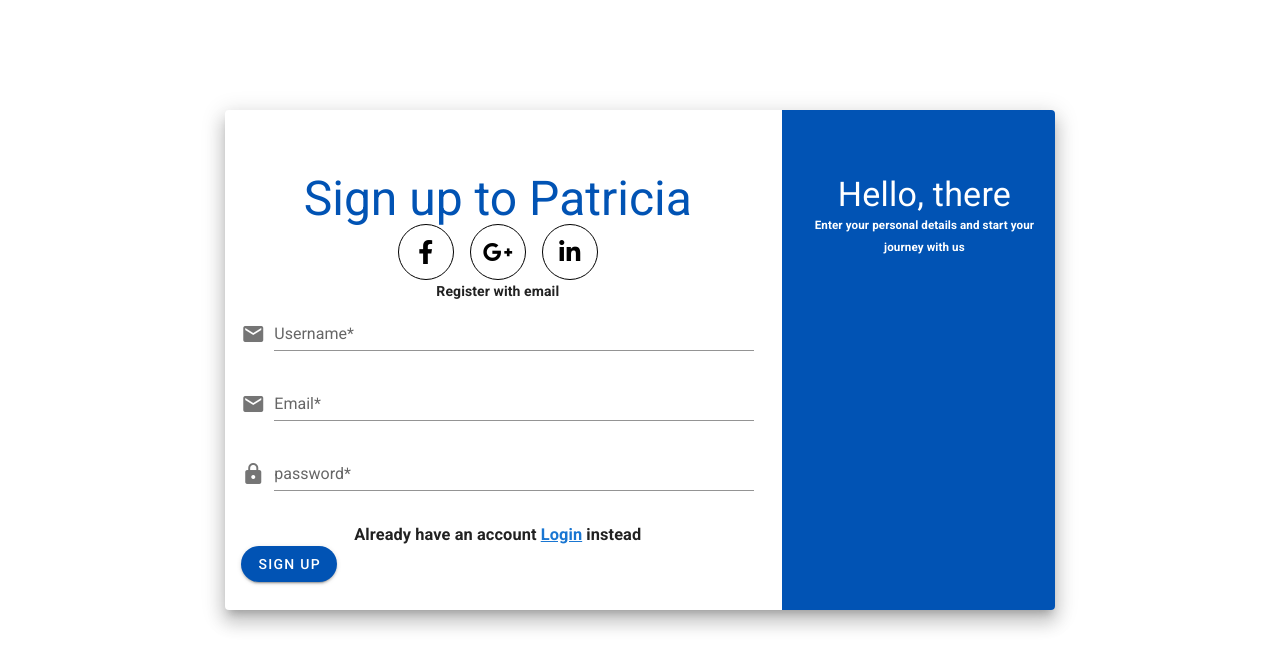
Repository: akinsikuoluwafemi/Pats_userAuth
Page: /signup
The author's editor kept a copy of each file at every save. The page is drawn from the files as they stood at one save, then again after the next save.
The browser window is 1280 px wide. The pictures show the whole page.
The project was rebuilt for these pictures with package versions that can differ from the ones it lists, and the page was loaded fresh each time. Also part of the build but not shown: vue.config.js, src/views/Login.vue, src/views/UserInfo.vue.

Above is the page before, as saved 2020-11-05 22:04:01.

### src/main.js
import Vue from 'vue'
import App from './App.vue'
import router from './router'
import vuetify from './plugins/vuetify';
import store from './store';

Vue.config.productionTip = false

new Vue({
  store,
  router,
  vuetify,
  render: h => h(App)
}).$mount('#app')

### src/App.vue
<template>
  <v-app>


    <v-main>
      <router-view></router-view>
    </v-main>
  </v-app>
</template>

<script>

export default {
  name: 'App',

  components: {

},

  data: () => ({
    //
  }),
};
</script>

### src/router/index.js
import Vue from 'vue'
import VueRouter from 'vue-router'
// import Home from '../views/Home.vue'
import Login from '../views/Login.vue'
import Signup from "../views/Signup.vue";
import UserInfo from "../views/UserInfo.vue";


Vue.use(VueRouter)

const routes = [
  {
    path: "/",
    name: "Userinfo",
    component: UserInfo,
    meta: {
      requiresAuth: true,
    },
  },
  {
    path: "/login",
    name: "Login",
    component: Login

  },

  {
    path: "/signup",
    name: "Signup",
    component: Signup,
  },

  {
    path: "/userinfo",
    // name: "Userinfo",
    // component: UserInfo,
  },
  {
    path: "/about",
    name: "About",
    // route level code-splitting
    // this generates a separate chunk (about.[hash].js) for this route
    // which is lazy-loaded when the route is visited.
    component: () =>
      import(/* webpackChunkName: "about" */ "../views/About.vue"),
  },
];

const router = new VueRouter({
  mode: 'history',
  base: process.env.BASE_URL,
  routes
})



export default router

### src/plugins/vuetify.js
import "@fortawesome/fontawesome-free/css/all.css"
import 'material-design-icons-iconfont/dist/material-design-icons.css'
import Vue from 'vue';
import Vuetify from 'vuetify/lib';

Vue.use(Vuetify);

export default new Vuetify({
    icons: {
        iconfont: 'md' || 'fa'
    }
});

### src/store/index.js
import Vuex from 'vuex';
import Vue from 'vue';
import auth from './modules/auth';


// Load Vuex
Vue.use(Vuex);


// create store
export default new Vuex.Store({
    modules: {
        auth
    }
});

### src/views/Signup.vue
<template>
  <v-app>
    <v-content>
      <v-container class="fill-height" fluid>
        <v-row align="center" justify="center">
          <v-col cols="12" sm="8" md="8">
            <v-card class="elevation-12">
              <v-window v-model="stop">
                <v-window-item :value="1">
                  <v-row>
                    <v-col cols="12" md="8">
                      <v-card-text class="mt-12">
                        <h1
                          class="text-center display-2"
                          v-bind:style="{ color: '#0153B4' }"
                        >
                          Sign up to Patricia
                        </h1>
                        <div class="text-center" mt-4>
                          <v-btn class="mx-2" fab color="black" outlined>
                            <v-icon>fab fa-facebook-f</v-icon>
                          </v-btn>
                          <v-btn class="mx-2" fab color="black" outlined>
                            <v-icon>fab fa-google-plus-g</v-icon>
                          </v-btn>
                          <v-btn class="mx-2" fab color="black" outlined>
                            <v-icon>fab fa-linkedin-in</v-icon>
                          </v-btn>
                        </div>
                        <h4 class="text-center mlt-4">Register with email</h4>
                        <v-form @submit.prevent="handleSignup" id="check-login-form">
                          <v-text-field
                            v-model="username"
                            required

                            label="Username*"
                            name="username"
                            prepend-icon="email"
                            type="text"
                            v-bind:style="{ color: '#0153B4' }"
                          />

                          <v-text-field
                          v-model="email"
                            required

                            label="Email*"
                            name="Email"
                            prepend-icon="email"
                            type="text"
                            v-bind:style="{ color: '#0153B4' }"
                          />

                            <v-text-field
                            v-model="password"
                            required
                            id="password"
                            label="password*"
                            name="Password"
                            prepend-icon="lock"
                            type="password"
                            v-bind:style="{ color: '#0153B4' }"
                          />

                        <h3 class="text-center mt-3">
                          Already have an account
                          <router-link to="/login"> Login</router-link> instead
                        </h3>

                         <v-btn
                         type="submit"
                         form="check-login-form"
                          rounded
                          v-bind:style="{ background: '#0153B4' }"
                          dark
                          >Sign Up

                          </v-btn>
                        </v-form>


                      </v-card-text>
                      <div class="text-center mt-3">

                      </div>
                    </v-col>
                    <v-col
                      cols="12"
                      md="4"
                      class=""
                      v-bind:style="{ background: '#0153B4' }"
                    >
                      <v-card-text class="white--text mt-12">
                        <h1 class="text-center display-1">Hello, there</h1>
                        <h5 class="text-center">
                          Enter your personal details and start your journey
                          with us
                        </h5>
                      </v-card-text>
                      <div class="text-center">
                        <!-- <v-btn
                        rounded
                        dark
                        v-bind:style="{ background: '#fff', color: '#0153B4' }"


                        >
                          SIGN UP
                        </v-btn> -->
                      </div>
                    </v-col>
                  </v-row>
                </v-window-item>

              </v-window>
            </v-card>
          </v-col>
        </v-row>
      </v-container>
    </v-content>
  </v-app>
</template>
<script>
export default {
  data: () => ({
    email: '',
    password: '',
    username: '',
    authPassword: 'password',
    userArr: []
  }),
  props: {
    source: String
  },
  methods: {
       handleSignup: function() {
         let user = {
        email: this.email,
        password: this.password,
        username: this.username
      }

      localStorage.setItem('user', JSON.stringify(user))
      this.addUser(user)
      localStorage.setItem('allUsers', JSON.stringify(this.userArr))

      alert('you have successfully Signed in')
      this.$router.push('/')
      window.location.reload(true)

      this.email = "",
      this.password = "",
      this.username = ""
      alert(JSON.stringify(this.userArr))


    },
    addUser: function(entry){
      return this.userArr.push(entry)
    }
  }
}
</script>

### src/store/modules/auth.js
const state = {
    users: []
}

const getters = {
    allUsers: (state) => state.users
}

const actions = {}

const mutations = {}


export default {
  state,
  getters,
  actions,
  mutations,
};

Loaded but not shown: public/index.html (common file)

After the next save:
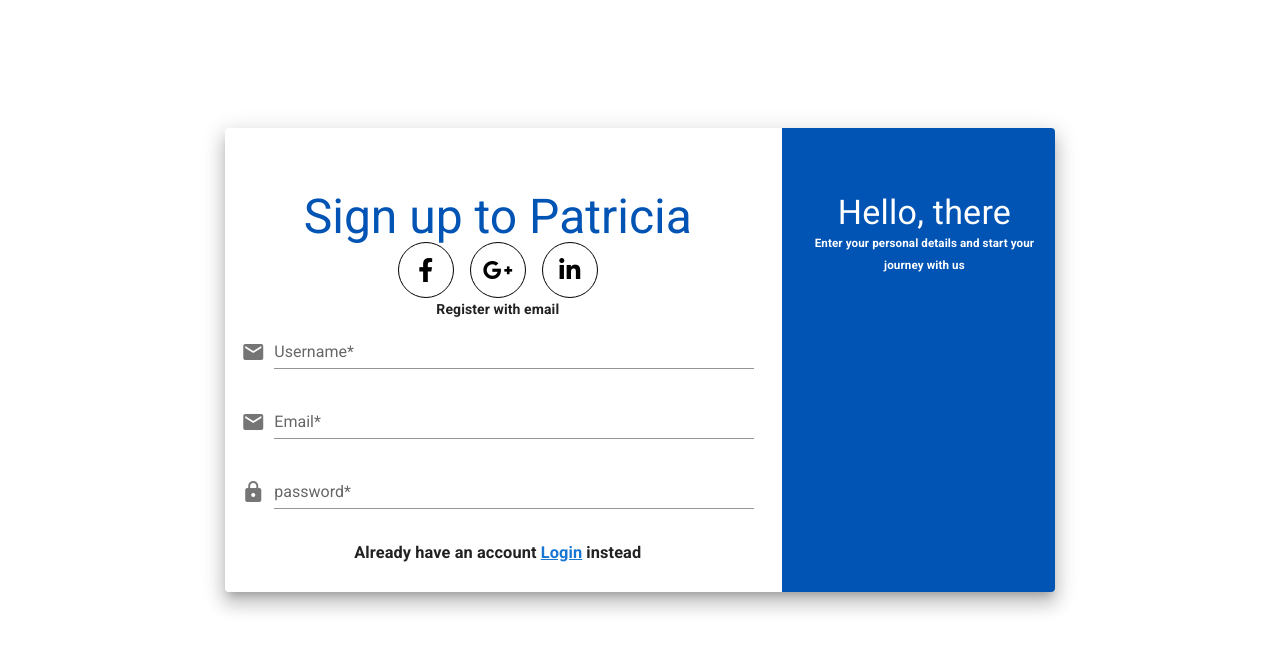
Saved 24 s later.
--- a/src/views/Signup.vue
+++ b/src/views/Signup.vue
@@ -67,15 +67,7 @@
                           <router-link to="/login"> Login</router-link> instead
                         </h3>
 
-                         <v-btn
-                         type="submit"
-                         form="check-login-form"
-                          rounded
-                          v-bind:style="{ background: '#0153B4' }"
-                          dark
-                          >Sign Up
 
-                          </v-btn>
                         </v-form>
 
 
